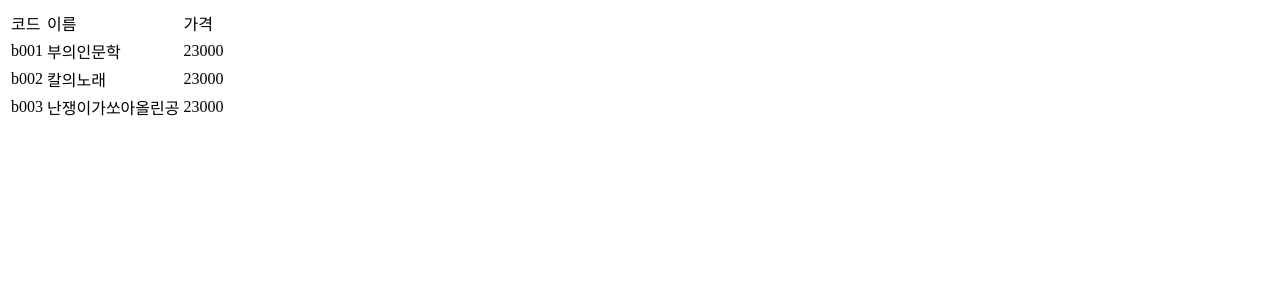
Repository: juntae710/acorn_web
Page: http://localhost/ptj0908/jstl5
An editor plug-in stored every save of this project. The page is shown before and after the next save, followed by the edit.
The browser window is 1280 px wide. The pictures show the whole page.
The page is served by Tomcat 9. Other server files are loaded and not shown.

Above is the page before, as saved 2023-09-08 03:34:37.

### ptj0908/src/main/webapp/WEB-INF/views/jstl5.jsp
<%@ page language="java" contentType="text/html; charset=UTF-8"
    pageEncoding="UTF-8"%>
    <%@ taglib uri="http://java.sun.com/jsp/jstl/core" prefix="c" %>
    <%@ page import="java.util.ArrayList" %>
<!DOCTYPE html>
<html>
<head>
<meta charset="UTF-8">
<title>Insert title here</title>
</head>
<body>

<table>
<tr>
<td>코드</td>
<td>이름</td>
<td>가격</td>
</tr>
<c:forEach var="book" items="${books}">
<tr>
<td>${book.code}</td>
<td>${book.name}</td>
<td>${book.price}</td>
</tr>
</c:forEach>
</table>
</body>
</html>

### ptj0908/src/main/java/elprj/jstl5.java
package elprj;

import java.io.IOException;
import java.util.ArrayList;

import javax.servlet.ServletException;
import javax.servlet.annotation.WebServlet;
import javax.servlet.http.HttpServlet;
import javax.servlet.http.HttpServletRequest;
import javax.servlet.http.HttpServletResponse;
import javax.servlet.http.HttpSession;

@WebServlet("/jstl5")
public class jstl5 extends HttpServlet {
	@Override
	protected void doGet(HttpServletRequest req, HttpServletResponse resp) throws ServletException, IOException {

		ArrayList<Book> books = new ArrayList<>();

		books.add(new Book("b001", "부의인문학", 23000));
		books.add(new Book("b002", "칼의노래", 23000));
		books.add(new Book("b003", "난쟁이가쏘아올린공", 23000));

		req.setAttribute("books", books);
		req.getRequestDispatcher("WEB-INF/views/jstl5.jsp").forward(req, resp);
	}
}

### ptj0908/src/main/java/elprj/Book.java
package elprj;

public class Book {
	String code;
	String name;
	int price;
	public Book(String code, String name, int price) {
		super();
		this.code = code;
		this.name = name;
		this.price = price;
	}

	public Book() {
		// TODO Auto-generated constructor stub
	}

	public String getCode() {
		return code;
	}

	public void setCode(String code) {
		this.code = code;
	}

	public String getName() {
		return name;
	}

	public void setName(String name) {
		this.name = name;
	}

	public int getPrice() {
		return price;
	}

	public void setPrice(int price) {
		this.price = price;
	}

	@Override
	public String toString() {
		return "Book [code=" + code + ", name=" + name + ", price=" + price + "]";
	}


}

After the next save:
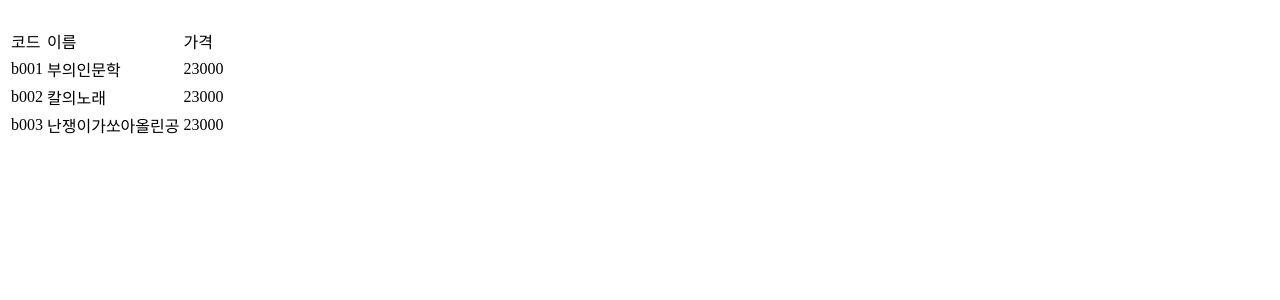
Saved 2 min 8 s later.
--- a/ptj0908/src/main/webapp/WEB-INF/views/jstl5.jsp
+++ b/ptj0908/src/main/webapp/WEB-INF/views/jstl5.jsp
@@ -9,7 +9,10 @@
 <title>Insert title here</title>
 </head>
 <body>
-
+<% String path = request.getContextPath(); %>
+<img alt="" src="">
+<img alt="" src="">
+<img alt="" src="">
 <table>
 <tr>
 <td>코드</td>
